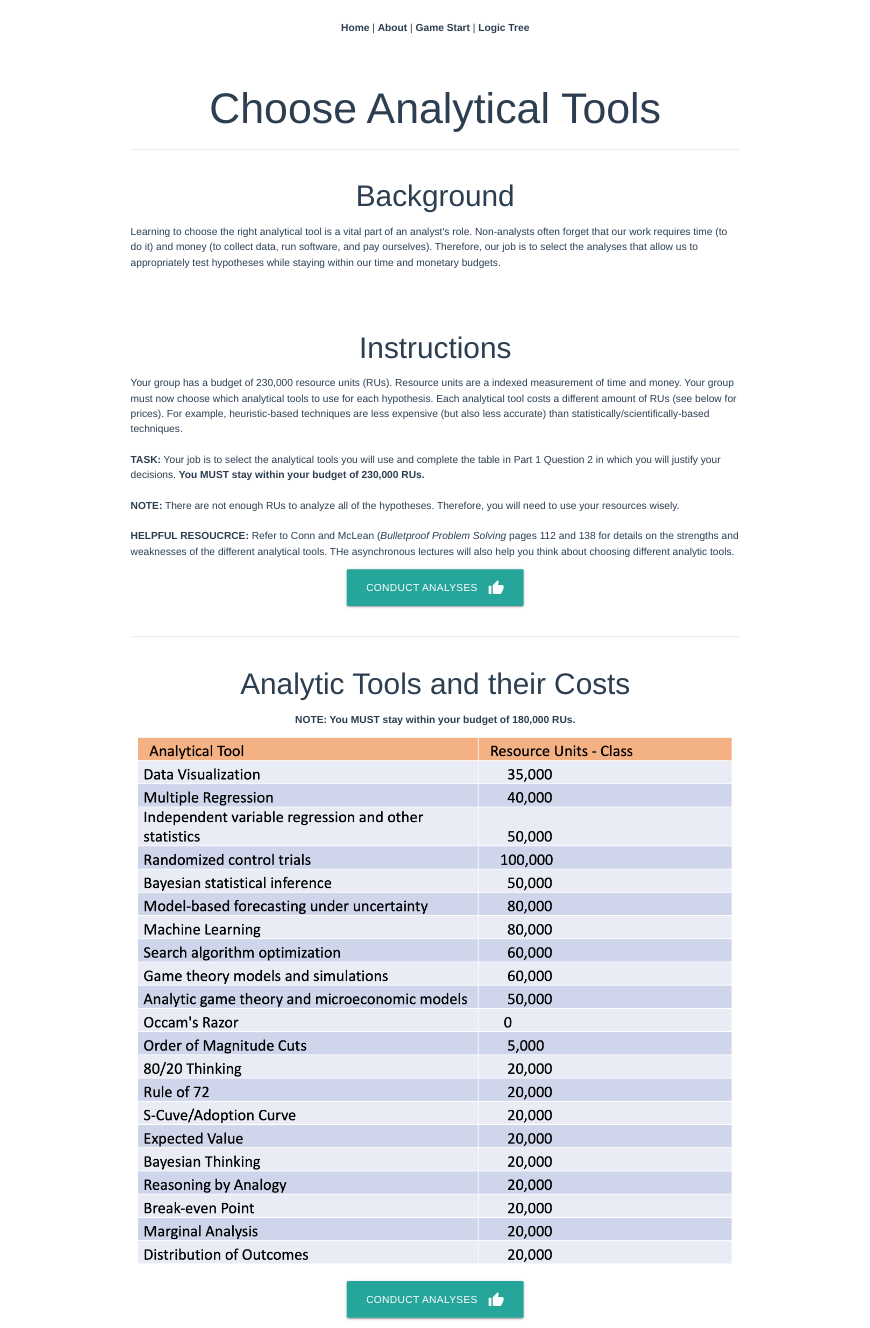
Repository: gallard28/posc4210app
Page: /#/choose_tools
These files come from the project's save history. The page is drawn as it stood at one moment and after the next save; the edit follows.
The browser window is 1280 px wide. The pictures show the whole page, at 68% of full size.
The project was rebuilt for these pictures with package versions that can differ from the ones it lists, and the page was loaded fresh each time. Also part of the build but not shown: src/views/Home.vue, src/views/Start.vue, src/views/Scenario.vue, src/views/Prioritize.vue, src/views/Analyses.vue, src/views/Workplan1.vue, src/views/Workplan2.vue, src/views/Workplan3.vue and 1 more.

Above is the page before, as saved 2020-09-21 10:11:41.

After the next save:
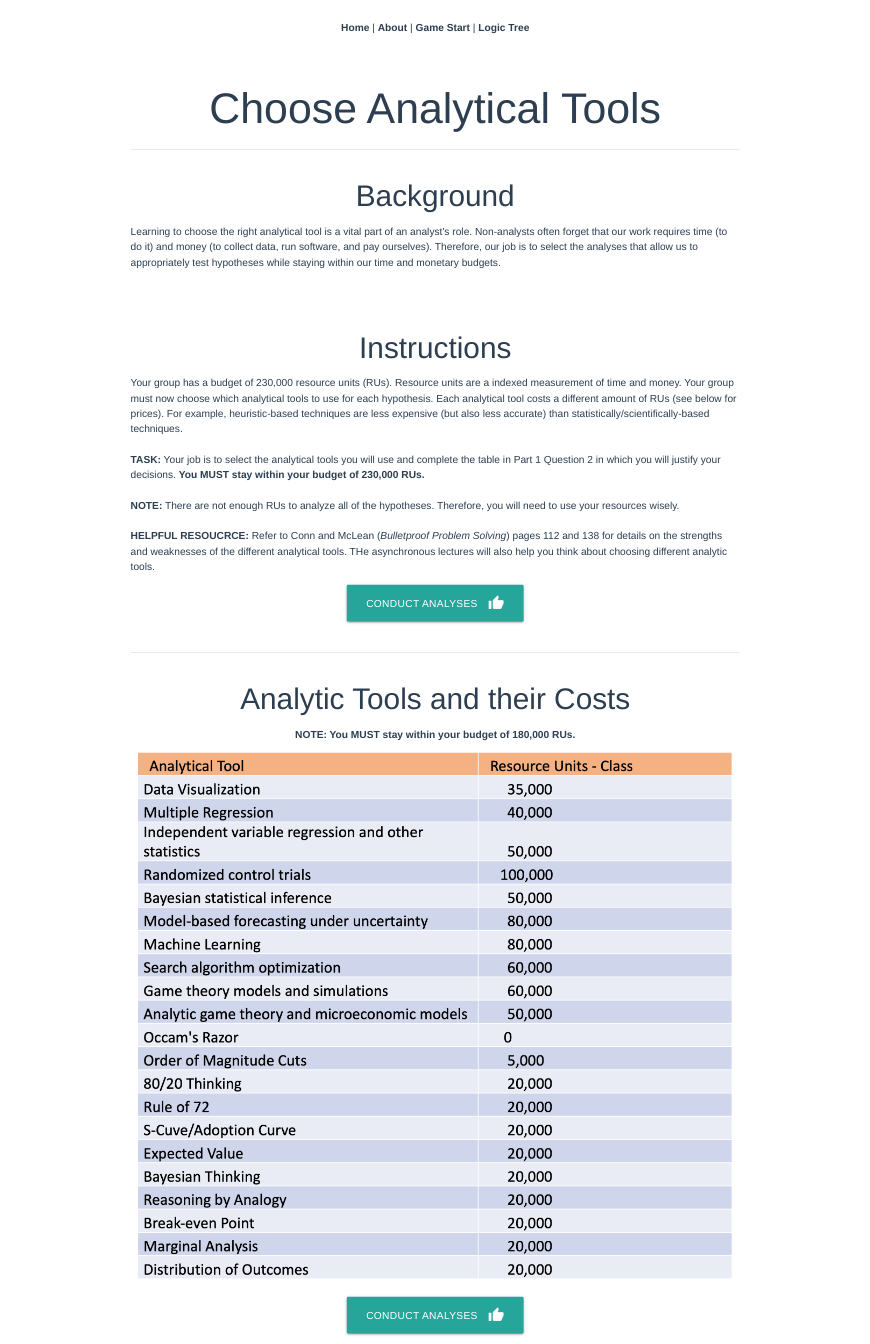
Saved 19 s later.
--- a/src/views/Choose_tools.vue
+++ b/src/views/Choose_tools.vue
@@ -14,7 +14,7 @@
           <b>TASK:</b> Your job is to select the analytical tools you will use and complete the table in Part 1 Question 2 in which you will justify your decisions. <b>You MUST stay within your budget of 230,000 RUs.</b> <br><br>
           <b>NOTE:</b> There are not enough RUs to analyze all of the hypotheses. Therefore, you will need to use your resources wisely.
           <br><br>
-          <b>HELPFUL RESOUCRCE:</b> Refer to Conn and McLean (<em>Bulletproof Problem Solving</em> pages 112 and 138 for details on the strengths and weaknesses of the different analytical tools. THe asynchronous lectures will also help you think about choosing different analytic tools.
+          <b>HELPFUL RESOUCRCE:</b> Refer to Conn and McLean (<em>Bulletproof Problem Solving</em>) pages 112 and 138 for details on the strengths and weaknesses of the different analytical tools. THe asynchronous lectures will also help you think about choosing different analytic tools.
           </p>
             <div class="start-button">
             <router-link to="/analyses">
